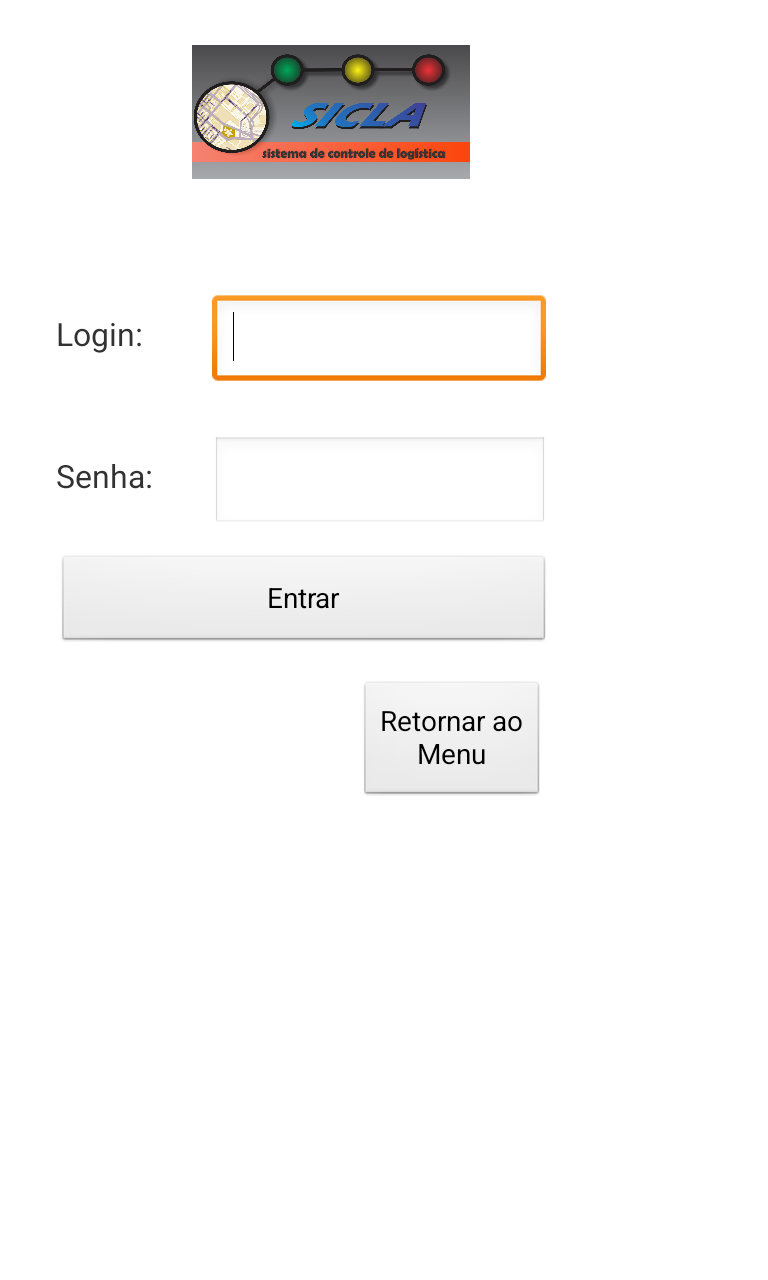
Repository: danielpedroza/SICLA
Layout: Sicla/res/layout/loginmotorista.xml
An editor plug-in stored every save of this project. The layout is shown before and after the next save, followed by the edit.
It is drawn on a 768 x 1280 px phone screen (xhdpi) without system bars, with theme AppTheme; the app's code is not run.

Above is the layout before, as saved 2013-07-06 06:15:13.

After the next save:
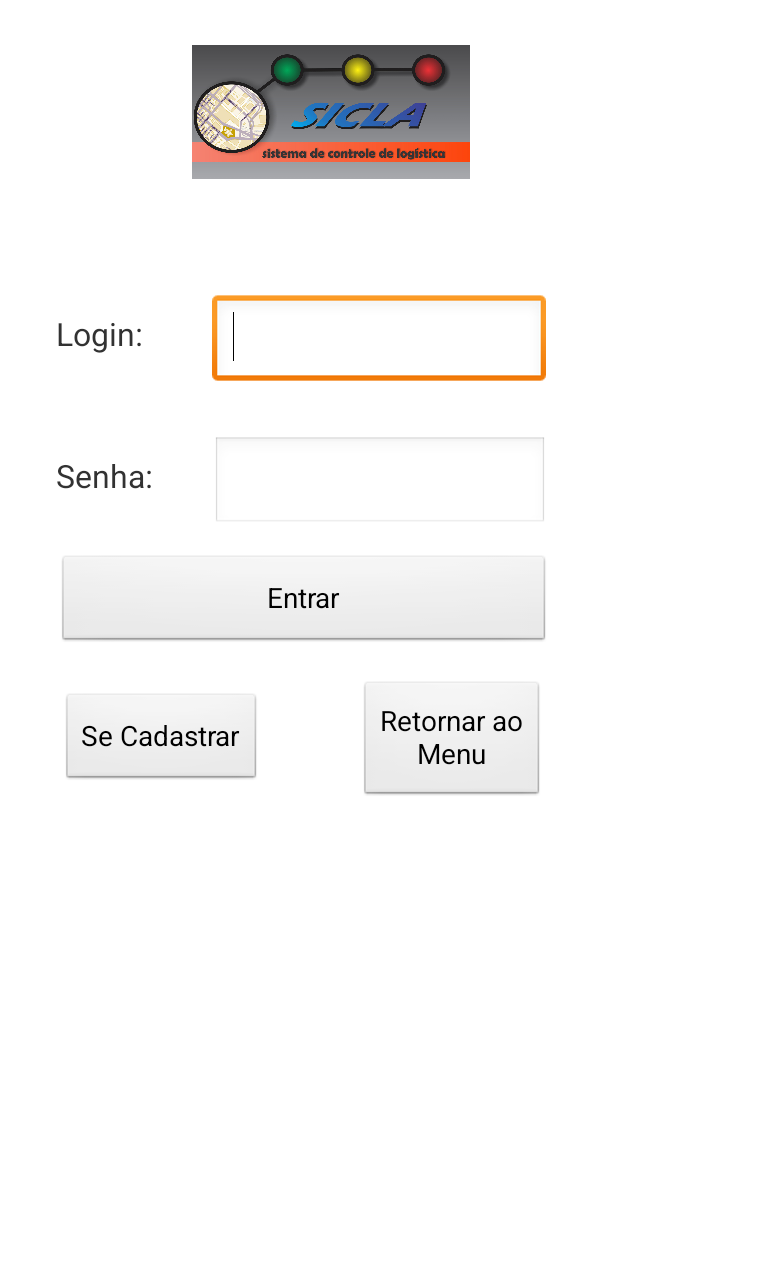
Saved 98 s later.
--- a/Sicla/res/layout/loginmotorista.xml
+++ b/Sicla/res/layout/loginmotorista.xml
@@ -83,6 +83,14 @@
             android:layout_y="324dp"
             android:text="Retornar ao Menu" />
 
+        <Button
+            android:id="@+id/button1"
+            android:layout_width="wrap_content"
+            android:layout_height="wrap_content"
+            android:layout_x="14dp"
+            android:layout_y="330dp"
+            android:text="Se Cadastrar" />
+
 </AbsoluteLayout>
 
 </RelativeLayout>
